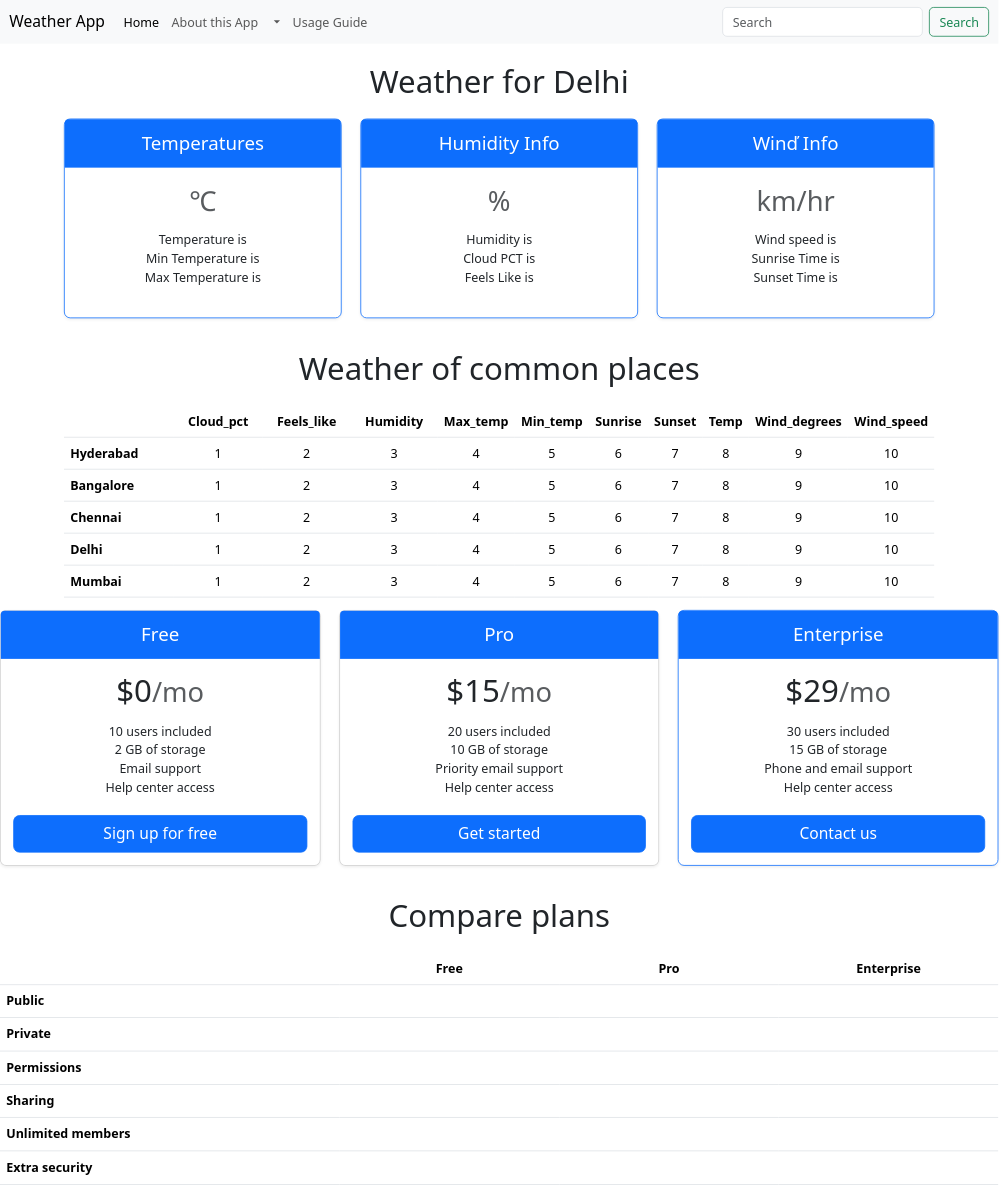
Repository: Abhilash2909/weather
Page: index.html
An editor plug-in stored every save of this project. The page is shown before and after the next save, followed by the edit.
The browser window is 1280 px wide. The page is 1292 px wide, then 1280 px, so the pictures cover 1292 px, including what lies to the right of the window. The pictures show the whole page, at 78% of full size.
The page's requests for data from a server got no answer.

Above is the page before, as saved 2024-02-11 17:06:52.

### index.html
<!doctype html>
<html lang="en">
  <head>
    <meta charset="utf-8">
    <meta name="viewport" content="width=device-width, initial-scale=1">
    <title>My Weather App</title>
    <link href="https://cdn.jsdelivr.net/npm/bootstrap@5.3.2/dist/css/bootstrap.min.css" rel="stylesheet" integrity="sha384-T3c6CoIi6uLrA9TneNEoa7RxnatzjcDSCmG1MXxSR1GAsXEV/Dwwykc2MPK8M2HN" crossorigin="anonymous">
  </head>
  <body>
    <nav class="navbar navbar-expand-lg bg-body-tertiary">
        <div class="container-fluid">
          <a class="navbar-brand" href="#">Weather App</a>
          <button class="navbar-toggler" type="button" data-bs-toggle="collapse" data-bs-target="#navbarSupportedContent" aria-controls="navbarSupportedContent" aria-expanded="false" aria-label="Toggle navigation">
            <span class="navbar-toggler-icon"></span>
          </button>
          <div class="collapse navbar-collapse" id="navbarSupportedContent">
            <ul class="navbar-nav me-auto mb-2 mb-lg-0">
              <li class="nav-item">
                <a class="nav-link active" aria-current="page" href="#">Home</a>
              </li>
              <li class="nav-item">
                <a class="nav-link" href="#">About this App</a>
              </li>
              <li class="nav-item dropdown">
                <a class="nav-link dropdown-toggle" href="#" role="button" data-bs-toggle="dropdown" aria-expanded="false">
                </a>
                <ul class="dropdown-menu">
                  <li><a class="dropdown-item" href="#">Delhi</a></li>
                  <li><a class="dropdown-item" href="#">Seattle</a></li>
                  <li><a class="dropdown-item" href="#">Bangalore</a></li>
                </ul>
              </li>
              <li class="nav-item">
                <a class="nav-link" aria-disabled="true">Usage Guide</a>
              </li>
            </ul>
            <form class="d-flex" role="search">
              <input id="city" class="form-control me-2" type="search" placeholder="Search" aria-label="Search">
              <button class="btn btn-outline-success" type="submit" id="submit">Search</button>
            </form>
          </div>
        </div>
      </nav>

      <div class="container">
        <main>
          <h1 class= "my-4 text-center">Weather for <span id="cityName"></span></h1>
          <div class="row row-cols-1 row-cols-md-3 mb-3 text-center">
          <div class="col">
            <div class="card mb-4 rounded-3 shadow-sm border-primary">
              <div class="card-header py-3 text-bg-primary border-primary">
                <h4 class="my-0 fw-normal">Temperatures</h4>
              </div>
              <div class="card-body">
                <h1 class="card-title pricing-card-title"><span id="temp2"></span><small class="text-body-secondary fw-light"></span><span>&#8451;</span></small></h1>
                <ul class="list-unstyled mt-3 mb-4">
                  <li>Temperature is <span id="temp" ></span></li>
                  <li>Min Temperature is <span id="min_temp" ></span></li>
                  <li>Max Temperature is <span id="max_temp" ></span></li>
                </ul>
                <!-- <button type="button" class="w-100 btn btn-lg btn-outline-primary">Sign up for free</button> -->
              </div>
            </div>
          </div>
          <div class="col">
            <div class="card mb-4 rounded-3 shadow-sm border-primary">
              <div class="card-header py-3 text-bg-primary border-primary">
                <h4 class="my-0 fw-normal">Humidity Info</h4>
              </div>
              <div class="card-body">
                <h1 class="card-title pricing-card-title"><span id="humidity2" ></span><small class="text-body-secondary fw-light">%</small></h1>
                <ul class="list-unstyled mt-3 mb-4">
                  <li>Humidity is <span id="humidity" ></span></li>
                  <li>Cloud PCT is <span id="cloud_pct" ></span></li>
                  <li>Feels Like is <span id="feels_like" ></span></li>
                </ul>
                <!-- <button type="button" class="w-100 btn btn-lg btn-primary">Get started</button> -->
              </div>
            </div>
          </div>

          <div class="col">
            <div class="card mb-4 rounded-3 shadow-sm border-primary">
              <div class="card-header py-3 text-bg-primary border-primary">
                <h4 class="my-0 fw-normal">Winď Info</h4>
              </div>
              <div class="card-body">
                <h1 class="card-title pricing-card-title"><span id="wind_speed2" ></span><small class="text-body-secondary fw-light">km/hr</small></h1>
                <ul class="list-unstyled mt-3 mb-4">
                  <li>Wind speed is <span id="wind_speed" ></span></li>
                  <li>Sunrise Time is <span id="sunrise" ></span></li>
                  <li>Sunset Time is <span id="sunset" ></span></li>
                  <!-- <li>Wind Degrees is <span id="wind_degrees" ></span></li> -->
                </ul>
                <!-- <button type="button" class="w-100 btn btn-lg btn-primary">Contact us</button> -->
              </div>
            </div>
          </div>
        </div>

        <h2 class="display-6 text-center mb-4">Weather of common places</h2>

        <div class="table-responsive">
          <table class="table text-center">
            <thead>
              <tr>
                <th style="width: 34%;">   </th>
                <th style="width: 22%;"> Cloud_pct </th>
                <th style="width: 22%;"> Feels_like </th>
                <th style="width: 22%;"> Humidity </th>
                <th style="width: 22%;"> Max_temp </th>
                <th style="width: 22%;"> Min_temp </th>
                <th style="width: 22%;"> Sunrise </th>
                <th style="width: 22%;"> Sunset </th>
                <th style="width: 22%;"> Temp </th>
                <th style="width: 22%;"> Wind_degrees </th>
                <th style="width: 22%;"> Wind_speed </th>
              </tr>
            </thead>
            <tbody>
              <tr>
                <th scope="row" class="text-start">Hyderabad</th>
                <td>1</td>
                <td>2</td>
                <td>3</td>
                <td>4</td>
                <td>5</td>
                <td>6</td>
                <td>7</td>
                <td>8</td>
                <td>9</td>
                <td>10</td>
              </tr>
              <tr>
                <th scope="row" class="text-start">Bangalore</th>
                <td>1</td>
                <td>2</td>
                <td>3</td>
                <td>4</td>
                <td>5</td>
                <td>6</td>
                <td>7</td>
                <td>8</td>
                <td>9</td>
                <td>10</td>
              </tr>
            </tbody>

            <tbody>
              <tr>
                <th scope="row" class="text-start">Chennai</th>
                <td>1</td>
                <td>2</td>
                <td>3</td>
                <td>4</td>
                <td>5</td>
                <td>6</td>
                <td>7</td>
                <td>8</td>
                <td>9</td>
                <td>10</td>
              </tr>
              <tr>
                <th scope="row" class="text-start">Delhi</th>
                <td>1</td>
                <td>2</td>
                <td>3</td>
                <td>4</td>
                <td>5</td>
                <td>6</td>
                <td>7</td>
                <td>8</td>
                <td>9</td>
                <td>10</td>
              </tr>
              <tr>
                <th scope="row" class="text-start">Mumbai</th>
                <td>1</td>
                <td>2</td>
                <td>3</td>
                <td>4</td>
                <td>5</td>
                <td>6</td>
                <td>7</td>
                <td>8</td>
                <td>9</td>
                <td>10</td>
              </tr>
            </tbody>
          </table>
        </div>
      </main></div>
    <script src="https://cdn.jsdelivr.net/npm/bootstrap@5.3.2/dist/js/bootstrap.bundle.min.js" integrity="sha384-C6RzsynM9kWDrMNeT87bh95OGNyZPhcTNXj1NW7RuBCsyN/o0jlpcV8Qyq46cDfL" crossorigin="anonymous"></script>
    <script src="script.js"></script>
</body>
</html>


<main>
  <div class="row row-cols-1 row-cols-md-3 mb-3 text-center">
    <div class="col">
      <div class="card mb-4 rounded-3 shadow-sm">
        <div class="card-header py-3 text-bg-primary border-primary">
          <h4 class="my-0 fw-normal">Free</h4>
        </div>
        <div class="card-body">
          <h1 class="card-title pricing-card-title">$0<small class="text-body-secondary fw-light">/mo</small></h1>
          <ul class="list-unstyled mt-3 mb-4">
            <li>10 users included</li>
            <li>2 GB of storage</li>
            <li>Email support</li>
            <li>Help center access</li>
          </ul>
          <button type="button" class="w-100 btn btn-lg btn-primary">Sign up for free</button>
        </div>
      </div>
    </div>
    <div class="col">
      <div class="card mb-4 rounded-3 shadow-sm">
        <div class="card-header py-3 text-bg-primary border-primary">
          <h4 class="my-0 fw-normal">Pro</h4>
        </div>
        <div class="card-body">
          <h1 class="card-title pricing-card-title">$15<small class="text-body-secondary fw-light">/mo</small></h1>
          <ul class="list-unstyled mt-3 mb-4">
            <li>20 users included</li>
            <li>10 GB of storage</li>
            <li>Priority email support</li>
            <li>Help center access</li>
          </ul>
          <button type="button" class="w-100 btn btn-lg btn-primary">Get started</button>
        </div>
      </div>
    </div>
    <div class="col">
      <div class="card mb-4 rounded-3 shadow-sm border-primary">
        <div class="card-header py-3 text-bg-primary border-primary">
          <h4 class="my-0 fw-normal">Enterprise</h4>
        </div>
        <div class="card-body">
          <h1 class="card-title pricing-card-title">$29<small class="text-body-secondary fw-light">/mo</small></h1>
          <ul class="list-unstyled mt-3 mb-4">
            <li>30 users included</li>
            <li>15 GB of storage</li>
            <li>Phone and email support</li>
            <li>Help center access</li>
          </ul>
          <button type="button" class="w-100 btn btn-lg btn-primary">Contact us</button>
        </div>
      </div>
    </div>
  </div>

  <h2 class="display-6 text-center mb-4">Compare plans</h2>

  <div class="table-responsive">
    <table class="table text-center">
      <thead>
        <tr>
          <th style="width: 34%;"></th>
          <th style="width: 22%;">Free</th>
          <th style="width: 22%;">Pro</th>
          <th style="width: 22%;">Enterprise</th>
        </tr>
      </thead>
      <tbody>
        <tr>
          <th scope="row" class="text-start">Public</th>
          <td><svg class="bi" width="24" height="24"><use xlink:href="#check"></use></svg></td>
          <td><svg class="bi" width="24" height="24"><use xlink:href="#check"></use></svg></td>
          <td><svg class="bi" width="24" height="24"><use xlink:href="#check"></use></svg></td>
        </tr>
        <tr>
          <th scope="row" class="text-start">Private</th>
          <td></td>
          <td><svg class="bi" width="24" height="24"><use xlink:href="#check"></use></svg></td>
          <td><svg class="bi" width="24" height="24"><use xlink:href="#check"></use></svg></td>
        </tr>
      </tbody>

      <tbody>
        <tr>
          <th scope="row" class="text-start">Permissions</th>
          <td><svg class="bi" width="24" height="24"><use xlink:href="#check"></use></svg></td>
          <td><svg class="bi" width="24" height="24"><use xlink:href="#check"></use></svg></td>
          <td><svg class="bi" width="24" height="24"><use xlink:href="#check"></use></svg></td>
        </tr>
        <tr>
          <th scope="row" class="text-start">Sharing</th>
          <td></td>
          <td><svg class="bi" width="24" height="24"><use xlink:href="#check"></use></svg></td>
          <td><svg class="bi" width="24" height="24"><use xlink:href="#check"></use></svg></td>
        </tr>
        <tr>
          <th scope="row" class="text-start">Unlimited members</th>
          <td></td>
          <td><svg class="bi" width="24" height="24"><use xlink:href="#check"></use></svg></td>
          <td><svg class="bi" width="24" height="24"><use xlink:href="#check"></use></svg></td>
        </tr>
        <tr>
          <th scope="row" class="text-start">Extra security</th>
          <td></td>
          <td></td>
          <td><svg class="bi" width="24" height="24"><use xlink:href="#check"></use></svg></td>
        </tr>
      </tbody>
    </table>
  </div>
</main>

### script.js

// const url = 'https://weather-by-api-ninjas.p.rapidapi.com/v1/weather?city=Seattle';
// const options = {
//     method: 'GET',
//     headers: {
//         'X-RapidAPI-Key': '9f5fc666cemsh950495f18781500p1999a7jsna0d8657b4aba',
//         'X-RapidAPI-Host': 'weather-by-api-ninjas.p.rapidapi.com'
//     }
// };

// async function fetchData() {
//     try {
//         const response = await fetch(url, options);
//         const result = await response.text();
//         console.log(result);
//     } catch (error) {
//         console.error(error);
//     }
// }

// fetchData();


// const url = 'https://weather-by-api-ninjas.p.rapidapi.com/v1/weather?city=Seattle';
// const options = {
// 	method: 'GET',
// 	headers: {
// 		'X-RapidAPI-Key': '9f5fc666cemsh950495f18781500p1999a7jsna0d8657b4aba',
// 		'X-RapidAPI-Host': 'weather-by-api-ninjas.p.rapidapi.com'
// 	}
// };

// try {
// 	const response = await fetch(url, options);
// 	const result = await response.text();
// 	console.log(result);
// } catch (error) {
// 	console.error(error);
// }



const options = {
    method: 'GET',
    headers: {
      'X-RapidAPI-Key': 'b45e96323fmshf5e4bc50d3b8a90p1e091djsnfb21cde4eb87',
      'X-RapidAPI-Host': 'weather-by-api-ninjas.p.rapidapi.com'
    }
  };
const getWeather = (city) => {
  cityName.innerHTML = city
  fetch('https://weather-by-api-ninjas.p.rapidapi.com/v1/weather?city=' + city, options)
    .then(response => response.json())
    .then((response) => {
      console.log(response)
      cloud_pct.innerHTML = response.cloud_pct
      temp.innerHTML = response.temp
      temp2.innerHTML = response.temp
      feels_like.innerHTML = response.feels_like
      humidity.innerHTML = response.humidity
      humidity2.innerHTML = response.humidity
      min_temp.innerHTML = response.min_temp
      max_temp.innerHTML = response.max_temp
      wind_speed.innerHTML = response.wind_speed
      wind_speed2.innerHTML = response.wind_speed
      wind_degrees.innerHTML = response.wind_degrees
      sunrise.innerHTML = response.sunrise
      sunset.innerHTML = response.sunset
    })
    .catch(error => console.error(error));
}

submit.addEventListener("click", (e)=>{
  e.preventDefault()
  getWeather(city.value)
})

getWeather("Delhi")

After the next save:
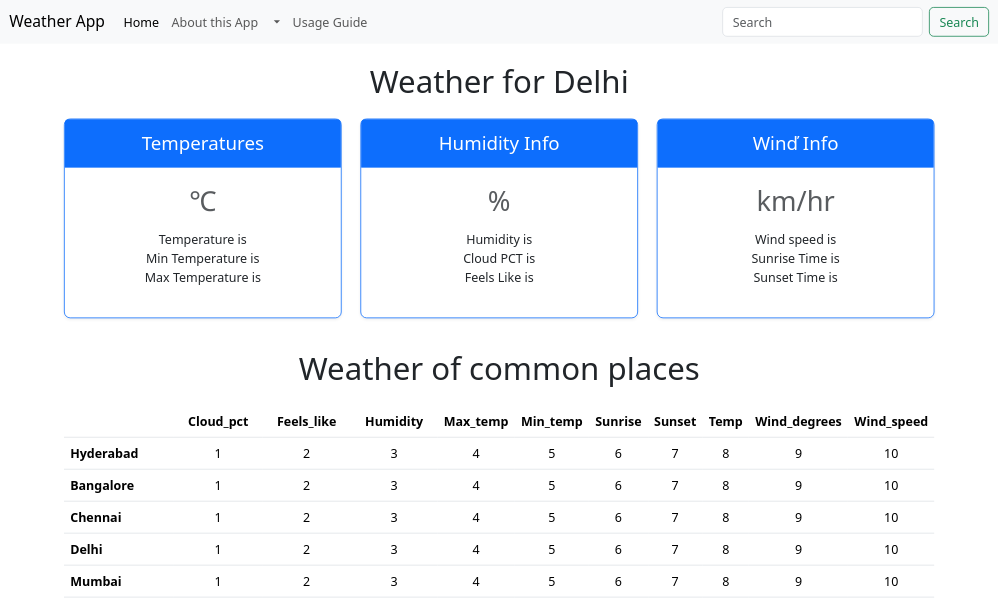
Saved 104 s later.
--- a/index.html
+++ b/index.html
@@ -194,116 +194,3 @@
     <script src="script.js"></script>
 </body>
 </html>
-
-
-<main>
-  <div class="row row-cols-1 row-cols-md-3 mb-3 text-center">
-    <div class="col">
-      <div class="card mb-4 rounded-3 shadow-sm">
-        <div class="card-header py-3 text-bg-primary border-primary">
-          <h4 class="my-0 fw-normal">Free</h4>
-        </div>
-        <div class="card-body">
-          <h1 class="card-title pricing-card-title">$0<small class="text-body-secondary fw-light">/mo</small></h1>
-          <ul class="list-unstyled mt-3 mb-4">
-            <li>10 users included</li>
-            <li>2 GB of storage</li>
-            <li>Email support</li>
-            <li>Help center access</li>
-          </ul>
-          <button type="button" class="w-100 btn btn-lg btn-primary">Sign up for free</button>
-        </div>
-      </div>
-    </div>
-    <div class="col">
-      <div class="card mb-4 rounded-3 shadow-sm">
-        <div class="card-header py-3 text-bg-primary border-primary">
-          <h4 class="my-0 fw-normal">Pro</h4>
-        </div>
-        <div class="card-body">
-          <h1 class="card-title pricing-card-title">$15<small class="text-body-secondary fw-light">/mo</small></h1>
-          <ul class="list-unstyled mt-3 mb-4">
-            <li>20 users included</li>
-            <li>10 GB of storage</li>
-            <li>Priority email support</li>
-            <li>Help center access</li>
-          </ul>
-          <button type="button" class="w-100 btn btn-lg btn-primary">Get started</button>
-        </div>
-      </div>
-    </div>
-    <div class="col">
-      <div class="card mb-4 rounded-3 shadow-sm border-primary">
-        <div class="card-header py-3 text-bg-primary border-primary">
-          <h4 class="my-0 fw-normal">Enterprise</h4>
-        </div>
-        <div class="card-body">
-          <h1 class="card-title pricing-card-title">$29<small class="text-body-secondary fw-light">/mo</small></h1>
-          <ul class="list-unstyled mt-3 mb-4">
-            <li>30 users included</li>
-            <li>15 GB of storage</li>
-            <li>Phone and email support</li>
-            <li>Help center access</li>
-          </ul>
-          <button type="button" class="w-100 btn btn-lg btn-primary">Contact us</button>
-        </div>
-      </div>
-    </div>
-  </div>
-
-  <h2 class="display-6 text-center mb-4">Compare plans</h2>
-
-  <div class="table-responsive">
-    <table class="table text-center">
-      <thead>
-        <tr>
-          <th style="width: 34%;"></th>
-          <th style="width: 22%;">Free</th>
-          <th style="width: 22%;">Pro</th>
-          <th style="width: 22%;">Enterprise</th>
-        </tr>
-      </thead>
-      <tbody>
-        <tr>
-          <th scope="row" class="text-start">Public</th>
-          <td><svg class="bi" width="24" height="24"><use xlink:href="#check"></use></svg></td>
-          <td><svg class="bi" width="24" height="24"><use xlink:href="#check"></use></svg></td>
-          <td><svg class="bi" width="24" height="24"><use xlink:href="#check"></use></svg></td>
-        </tr>
-        <tr>
-          <th scope="row" class="text-start">Private</th>
-          <td></td>
-          <td><svg class="bi" width="24" height="24"><use xlink:href="#check"></use></svg></td>
-          <td><svg class="bi" width="24" height="24"><use xlink:href="#check"></use></svg></td>
-        </tr>
-      </tbody>
-
-      <tbody>
-        <tr>
-          <th scope="row" class="text-start">Permissions</th>
-          <td><svg class="bi" width="24" height="24"><use xlink:href="#check"></use></svg></td>
-          <td><svg class="bi" width="24" height="24"><use xlink:href="#check"></use></svg></td>
-          <td><svg class="bi" width="24" height="24"><use xlink:href="#check"></use></svg></td>
-        </tr>
-        <tr>
-          <th scope="row" class="text-start">Sharing</th>
-          <td></td>
-          <td><svg class="bi" width="24" height="24"><use xlink:href="#check"></use></svg></td>
-          <td><svg class="bi" width="24" height="24"><use xlink:href="#check"></use></svg></td>
-        </tr>
-        <tr>
-          <th scope="row" class="text-start">Unlimited members</th>
-          <td></td>
-          <td><svg class="bi" width="24" height="24"><use xlink:href="#check"></use></svg></td>
-          <td><svg class="bi" width="24" height="24"><use xlink:href="#check"></use></svg></td>
-        </tr>
-        <tr>
-          <th scope="row" class="text-start">Extra security</th>
-          <td></td>
-          <td></td>
-          <td><svg class="bi" width="24" height="24"><use xlink:href="#check"></use></svg></td>
-        </tr>
-      </tbody>
-    </table>
-  </div>
-</main>
